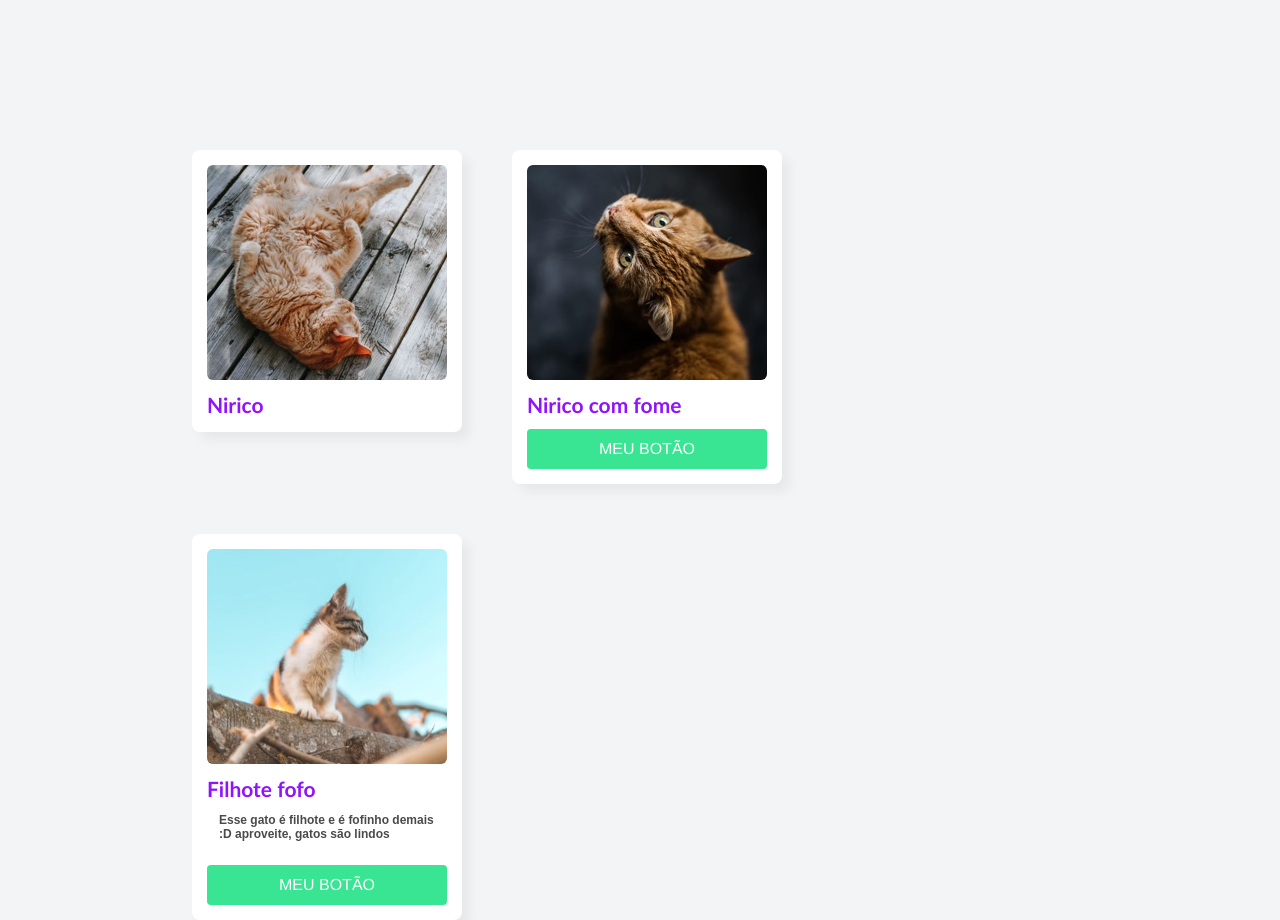
Repository: alessandradiamantino/Curso-Front-End-Design
Page: 1 - Introdução ao HTML e CSS/2 - Exercício CSS/01/codesignerspro-arquivos-exercicio-css-02/codesignerspro-arquivos-exercicio-css-02/index.html
The author's editor kept a copy of each file at every save. The page is drawn from the files as they stood at one save, then again after the next save.
The browser window is 1280 px wide. The pictures show the whole page.

Above is the page before, as saved 2023-04-22 09:54:59.

### 1 - Introdução ao HTML e CSS/2 - Exercício CSS/01/codesignerspro-arquivos-exercicio-css-02/codesignerspro-arquivos-exercicio-css-02/index.html
<!DOCTYPE html>
<html lang="pt-br">

<head>
  <meta charset="UTF-8">
  <meta name="viewport" content="width=device-width, initial-scale=1.0">
  <meta http-equiv="X-UA-Compatible" content="ie=edge">
  <title>Exercício CSS 02</title>
  <link rel="stylesheet" type="text/css" href="css/style.css" />
</head>

<body>
  <main>
  <div class="card-container">
    <div class="card">
      <img src="images/gato-01.jpg"
        alt="gato deitado"
        title="gatinho"
        class="card-image"
      />
      <div class="card-body">
        <h1>Nirico</h1>
    </div>
  </div>
</div>

<div class="card-container">
  <div class="card">
    <img src="images/gato-02.jpg"
      alt="gato deitado"
      title="gatinho"
      class="card-image"
    />
    <div class="card-body">
      <h1>Nirico com fome</h1>
  </div>
  <div class="card-footer">
   <a href="https://web.whatsapp.com/" class="btn">Meu Botão</a>
  </div>
</div>
</div>

<div class="card-container">
  <div class="card">
    <img src="images/gato-03.jpg"
      alt="gato deitado"
      title="gatinho"
      class="card-image"
    />
    <div class="card-body">
      <h1>Filhote fofo</h1>
      <p>Esse gato é filhote e é fofinho demais :D aproveite, gatos são lindos</p>
  </div>
  <div class="card-footer">
   <a href="https://web.whatsapp.com/" class="btn">Meu Botão</a>
  </div>
</div>
</div>
  </main>
</body>

</html>

### 1 - Introdução ao HTML e CSS/2 - Exercício CSS/01/codesignerspro-arquivos-exercicio-css-02/codesignerspro-arquivos-exercicio-css-02/css/style.css
body{
  background-color: #f2f4f5;
  margin: 0;
}
main {
  width: 70%;
  display: table;
  margin: 100px auto 0 auto;
}

p{
  font-family: Arial, Helvetica, sans-serif;
  font-size: 12px;
  line-height: 14px;
  color: #4a4a4a;
  font-weight: 600;
  margin: 12px

}
.card-container {
  width: 270px;
  display: table;
  float: left;
  margin: 50px 50px 0 0;
}

.card {
  width: 100%;
  display: table;
  background-color: #fff;
  border-radius: 8px;
  box-shadow: 8px 8px 12px rgba(0, 0, 0, 0.05);
  padding: 15px;
  box-sizing: border-box;
}

.card .card-image {
  width: 100%;
  max-width: 100%;
  height: auto;
  border-radius: 6px;
  display: block;
}

.card .card-body {
  width: 100%;
  display: table;
  margin-top: 13px;
}

.card .card-body h1 {
  font-family:'Gill Sans', 'Gill Sans MT', Calibri, 'Trebuchet MS', sans-serif;
  font-size: 21px;
  font-weight: 800;
  line-height: 24px;
  color: #9013fe;
  margin: 0;
}

.card .card-footer {
  width: 100%;
  display: table;
}

.card .card-footer .btn {
  width: 100%;
}
/* botões */

.btn {
  width: auto;
  height: 40px;
  display: inline-block;
  background-color: #39e493;
  color: #fff;
  font-family:'Franklin Gothic Medium', 'Arial Narrow', Arial, sans-serif;
  font-size: 16px;
  text-transform: uppercase;
  line-height: 40px;
  text-decoration: none;
  text-align: center;
  border-radius: 2px;
  margin-top: 12px;
  padding: 0 30px;
  border-radius: 4px;
  box-sizing: border-box;
}

After the next save:
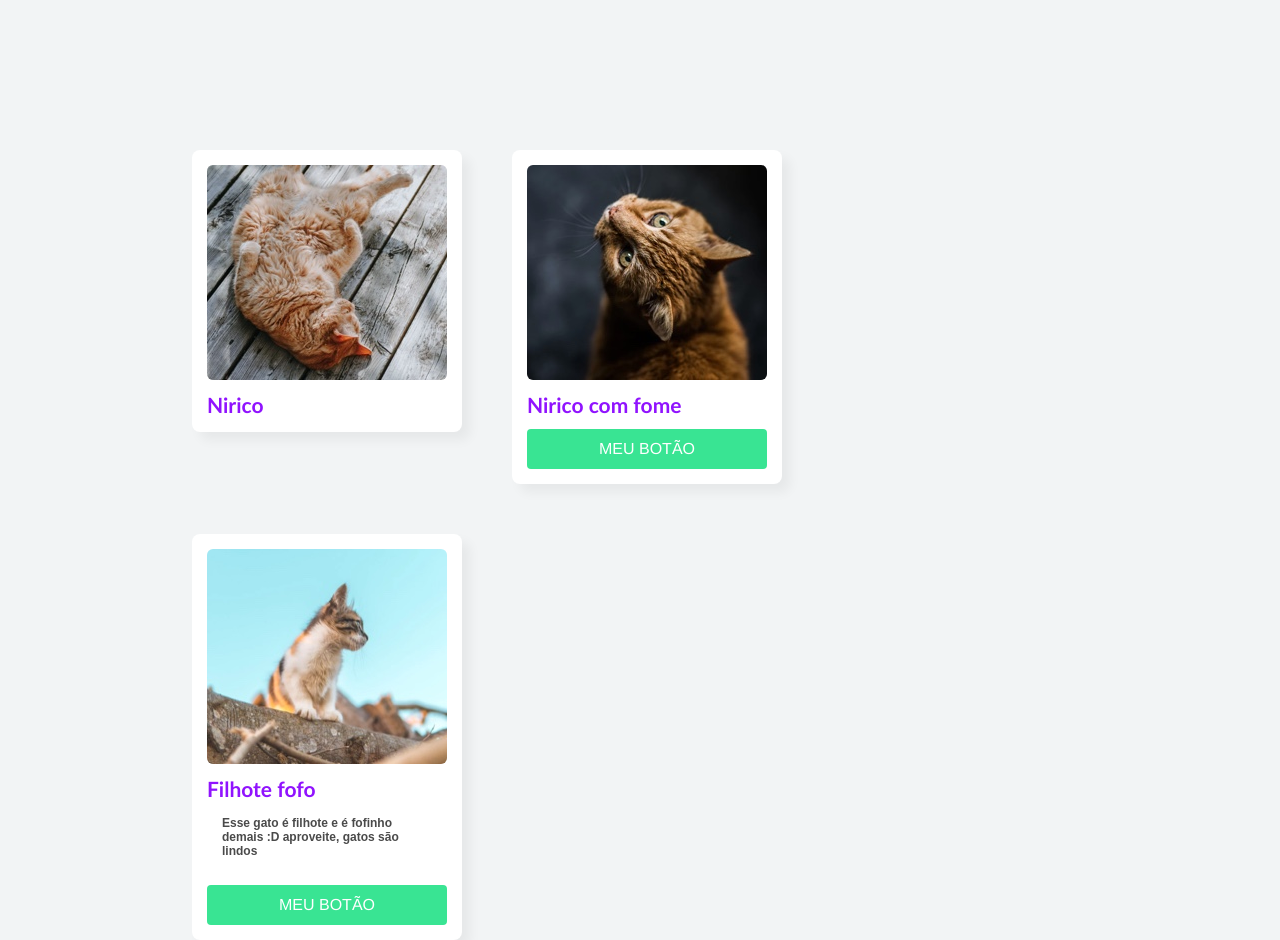
Saved 4 s later.
--- a/1 - Introdução ao HTML e CSS/2 - Exercício CSS/01/codesignerspro-arquivos-exercicio-css-02/codesignerspro-arquivos-exercicio-css-02/css/style.css
+++ b/1 - Introdução ao HTML e CSS/2 - Exercício CSS/01/codesignerspro-arquivos-exercicio-css-02/codesignerspro-arquivos-exercicio-css-02/css/style.css
@@ -14,7 +14,7 @@ p{
   line-height: 14px;
   color: #4a4a4a;
   font-weight: 600;
-  margin: 12px
+  margin: 15px
 
 }
 .card-container {
